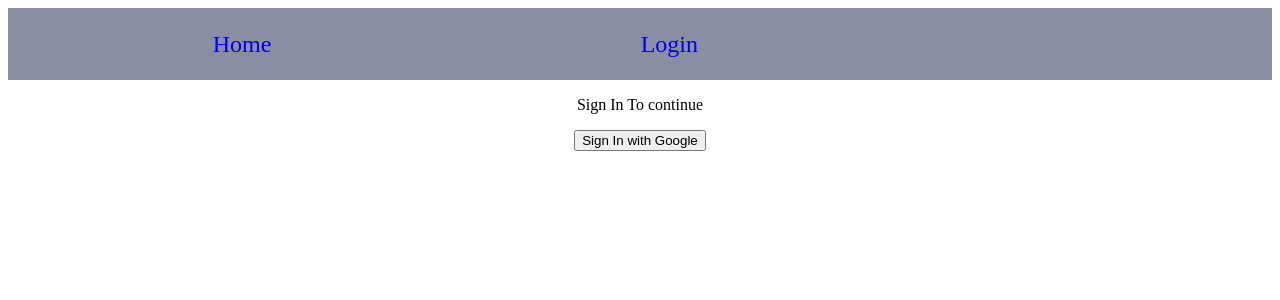
Repository: albinsabu2023/postapp
Page: /login
The author's editor kept a copy of each file at every save. The page is drawn from the files as they stood at one save, then again after the next save.
The browser window is 1280 px wide. The pictures show the whole page.
The project was rebuilt for these pictures with package versions that can differ from the ones it lists, and the page was loaded fresh each time. Also part of the build but not shown: src/Components/Home.tsx.

Above is the page before, as saved 2024-02-05 00:26:42.

After the next save:
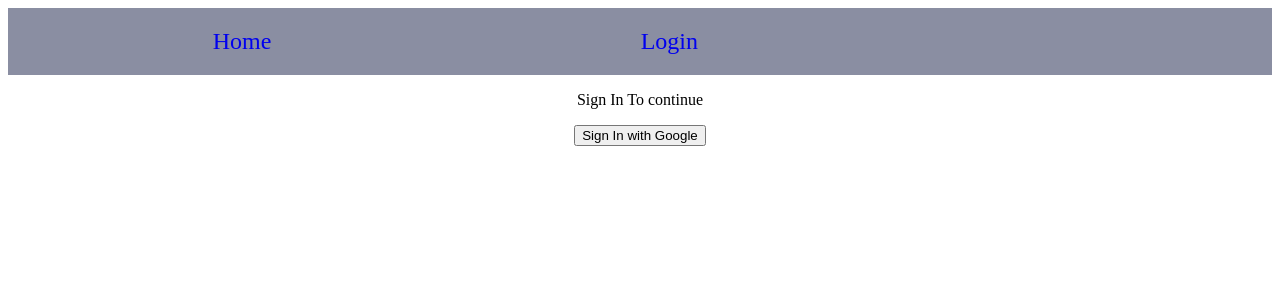
Saved 16 s later.
--- a/src/Components/Navbar.tsx
+++ b/src/Components/Navbar.tsx
@@ -7,7 +7,11 @@ function Navbar() {
     <div className="navContainer">
         <Link to ="/">Home</Link>
         <Link to ="Login">Login</Link>
-        <p>{auth?.currentUser?.displayName}</p>
+        <div>
+            <p>{auth?.currentUser?.displayName}</p>
+        </div>
+
+
     </div>
   )
 }
